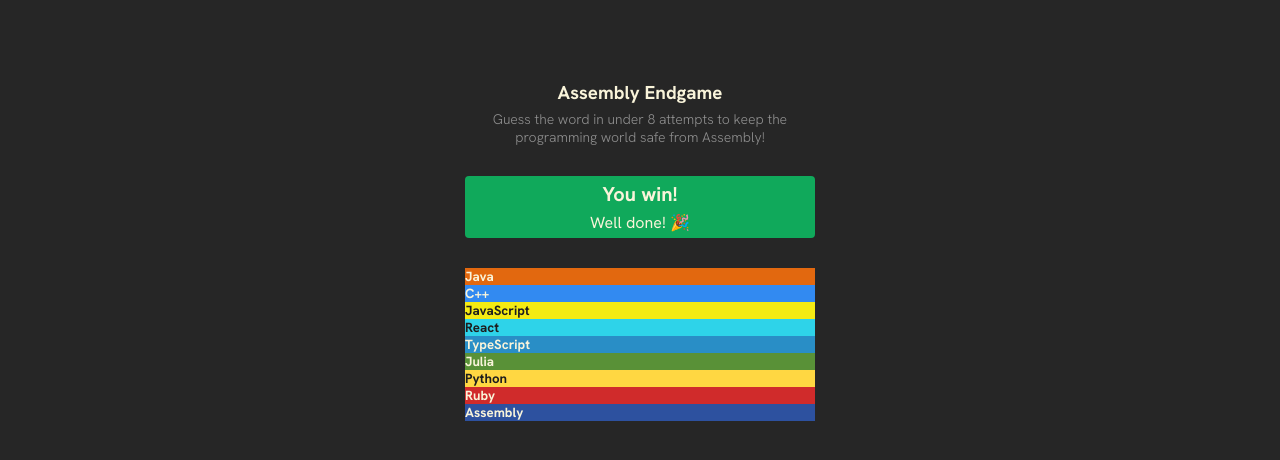
Repository: AchrafAzzaoui/AssemblyEndgame
Page: / (app in assembly-endgame/)
An editor plug-in stored every save of this project. The page is shown before and after the next save, followed by the edit.
The browser window is 1280 px wide. The pictures show the whole page.
The project was rebuilt for these pictures with package versions that can differ from the ones it lists, and the page was loaded fresh each time. Also part of the build but not shown: assembly-endgame/vite.config.js.

Above is the page before, as saved 2024-12-25 12:35:19.

### assembly-endgame/index.html
<!DOCTYPE html>
<html lang="en">
  <head>
    <meta charset="UTF-8" />
    <link rel="icon" type="image/svg+xml" href="/vite.svg" />
    <meta name="viewport" content="width=device-width, initial-scale=1.0" />
    <link
      href="https://fonts.googleapis.com/css2?family=Hanken+Grotesk:wght@300;400;500;600;700&display=swap"
      rel="stylesheet"
    />
    <title>Assembly Endgame</title>
  </head>
  <body>
    <div id="root"></div>
    <script type="module" src="/src/main.jsx"></script>
  </body>
</html>

### assembly-endgame/src/index.css
* {
  margin: 0;
  padding: 0;
  box-sizing: border-box;
}
body {
  font-family: "Hanken Grotesk", sans-serif;
  background-color: #262626;
  color: #d9d9d9;
  padding: 80px 40px;
  height: 100vh;
  display: flex;
  justify-content: center;
}

header {
  text-align: center;
}

.game-title {
  color: #f9f4da;
}
.game-description {
  margin-top: 5px;
  font-weight: 300;
  color: #8e8e8e;
  font-size: 0.875rem;
  max-width: 350px;
}

/* status */
.game-status {
  background-color: #10a95b;
  color: #f9f4da;
  display: flex;
  flex-direction: column;
  align-items: center;
  padding: 0px 80px;
  margin: 20px 0;
  border-radius: 4px;
  margin-block: 30px;
}
.game-status p {
  margin-bottom: 5px;
}
.game-status h2 {
  font-size: 1.25rem;
  margin: 5px;
}

### assembly-endgame/src/App.jsx
import { useState } from "react";
import Status from "./components/Status.jsx";
import LanguageTags from "./components/LanguageTags.jsx";

export default function App() {
  return (
    <main>
      <header>
        <h3 className="game-title">Assembly Endgame</h3>
        <p className="game-description">
          Guess the word in under 8 attempts to keep the programming world safe
          from Assembly!
        </p>
      </header>
      <Status />
      <LanguageTags />
    </main>
  );
}

### assembly-endgame/src/components/Status.jsx
import { useState } from "react";

export default function Status() {
  return (
    <div className="game-status">
      <h2>You win!</h2>
      <p>Well done! 🎉</p>
    </div>
  );
}

### assembly-endgame/src/components/LanguageTags.jsx
import { useState } from "react";
import { languages } from "../data/languages.js";

export default function LanguageTags() {
  const languageTags = languages.map((language) => {
    const { name, backgroundColor, color } = language;
    return (
      <div
        className="language-tag"
        style={{ backgroundColor: backgroundColor, color: color }}
      >
        <h5>{name}</h5>
      </div>
    );
  });
  return <div className="language-tags-container">{languageTags}</div>;
}

### assembly-endgame/src/data/languages.js
export const languages = [
  {
    name: "Java",
    backgroundColor: "#E2680F",
    color: "#F9F4DA",
  },
  {
    name: "C++",
    backgroundColor: "#328AF1",
    color: "#F9F4DA",
  },
  {
    name: "JavaScript",
    backgroundColor: "#F4EB13",
    color: "#1E1E1E",
  },
  {
    name: "React",
    backgroundColor: "#2ED3E9",
    color: "#1E1E1E",
  },
  {
    name: "TypeScript",
    backgroundColor: "#298EC6",
    color: "#F9F4DA",
  },
  {
    name: "Julia",
    backgroundColor: "#599137",
    color: "#F9F4DA",
  },
  {
    name: "Python",
    backgroundColor: "#FFD742",
    color: "#1E1E1E",
  },
  {
    name: "Ruby",
    backgroundColor: "#D02B2B",
    color: "#F9F4DA",
  },
  {
    name: "Assembly",
    backgroundColor: "#2D519F",
    color: "#F9F4DA",
  },
];

Loaded but not shown: assembly-endgame/src/main.jsx (common file)

After the next save:
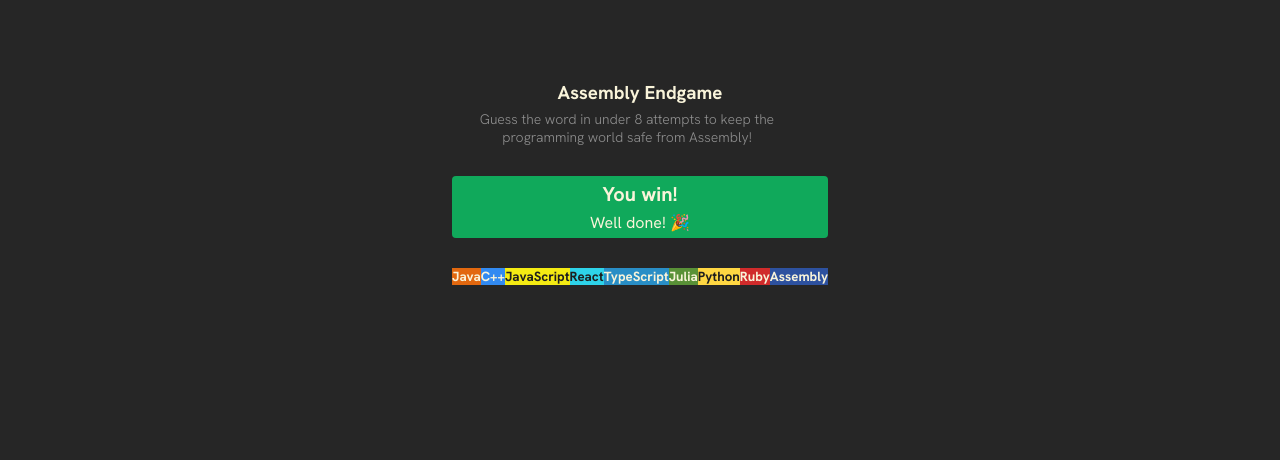
Saved 46 s later.
--- a/assembly-endgame/src/index.css
+++ b/assembly-endgame/src/index.css
@@ -47,3 +47,10 @@
   font-size: 1.25rem;
   margin: 5px;
 }
+
+/* language tags */
+.language-tags-container {
+  display: flex;
+  justify-content: center;
+  margin-top: 20px;
+}
